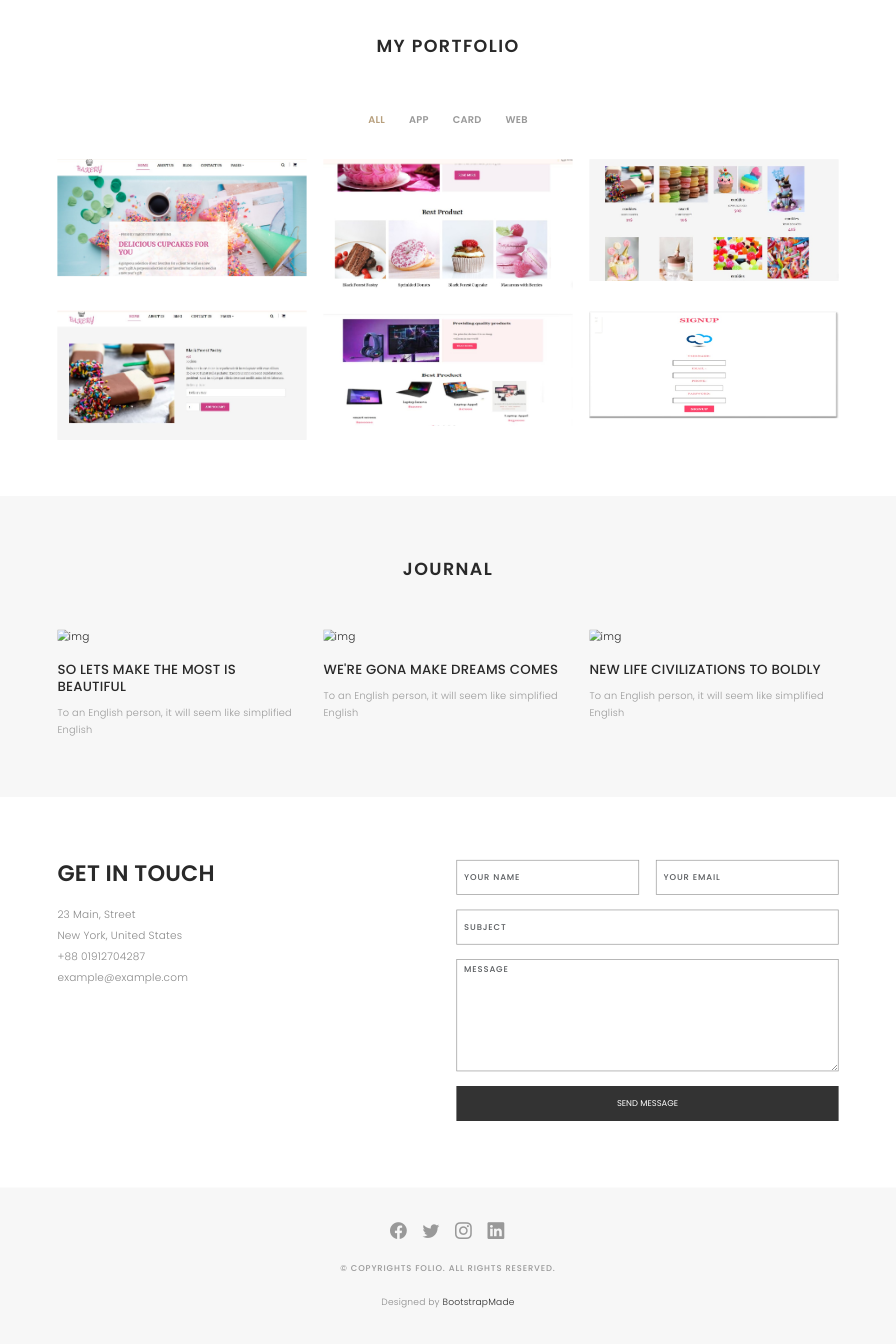
Repository: AlaaBashirSaijary/Library
Page: http://localhost/home
These files come from the project's save history. The page is drawn as it stood at one moment and after the next save; the edit follows.
The browser window is 1280 px wide. The pictures show the part of the page from y = 1639 to 3559 px (the page is 3559 px tall before and 3506 px after), at 70% of full size.
Some web fonts or font styles are not loaded; a fallback is used. The page is served by the project's Laravel application, run on PHP 8.4 with Laravel 10.

Above is the page before, as saved 2024-01-04 15:30:16.

After the next save:
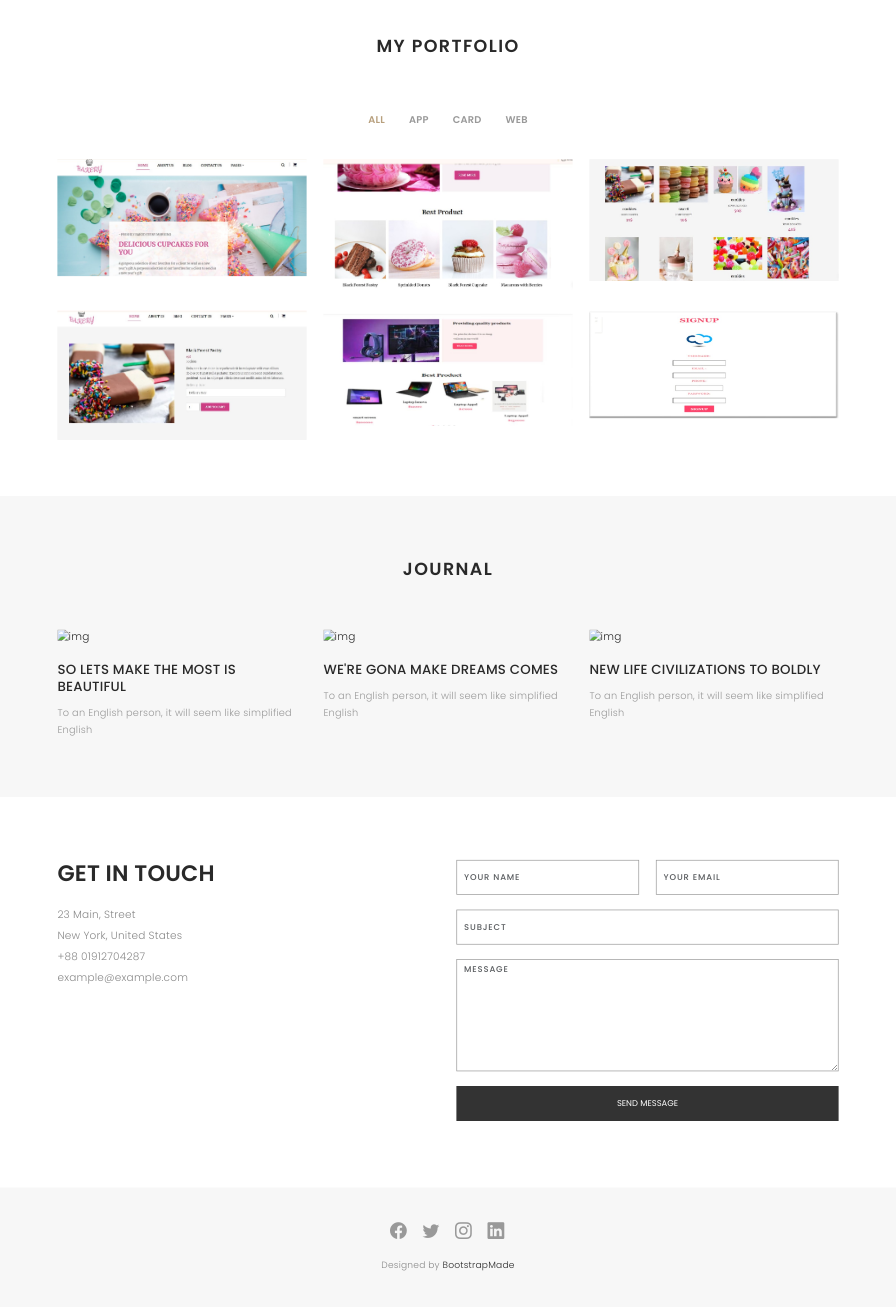
Saved 5 min 31 s later.
--- a/resources/views/master/footer.blade.php
+++ b/resources/views/master/footer.blade.php
@@ -11,7 +11,7 @@
 
       </div>
 
-      <p>&copy; Copyrights Folio. All rights reserved.</p>
+
 
       <div class="credits">
         <!--
